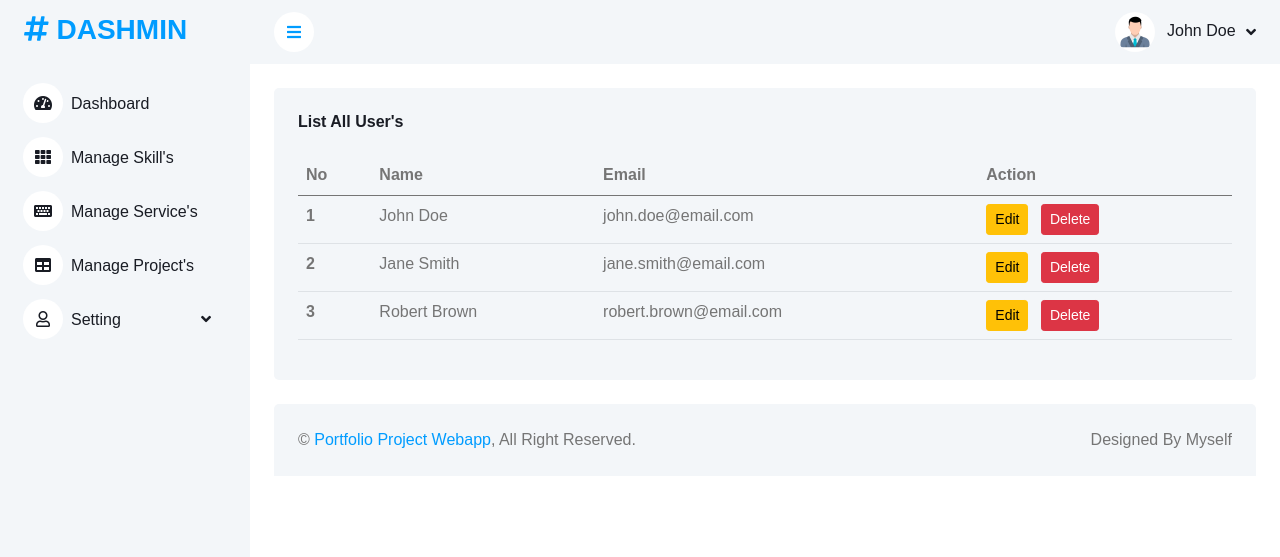
Repository: h4fizm/management-portfolio-project-webapp
Page: http://localhost/manage-user
An editor plug-in stored every save of this project. The page is shown before and after the next save, followed by the edit.
The browser window is 1280 px wide. The pictures show the whole page.
Some web fonts or font styles are not loaded; a fallback is used. Some web libraries are served in a nearby version. The page is served by the project's Laravel application, run on PHP 8.4 with Laravel 12. A made-up administrator, Test User (test@example.com), is signed in.

Above is the page before, as saved 2025-01-15 03:22:35.
Console error: TypeError: Cannot read properties of undefined (reading 'getContext')

After the next save:
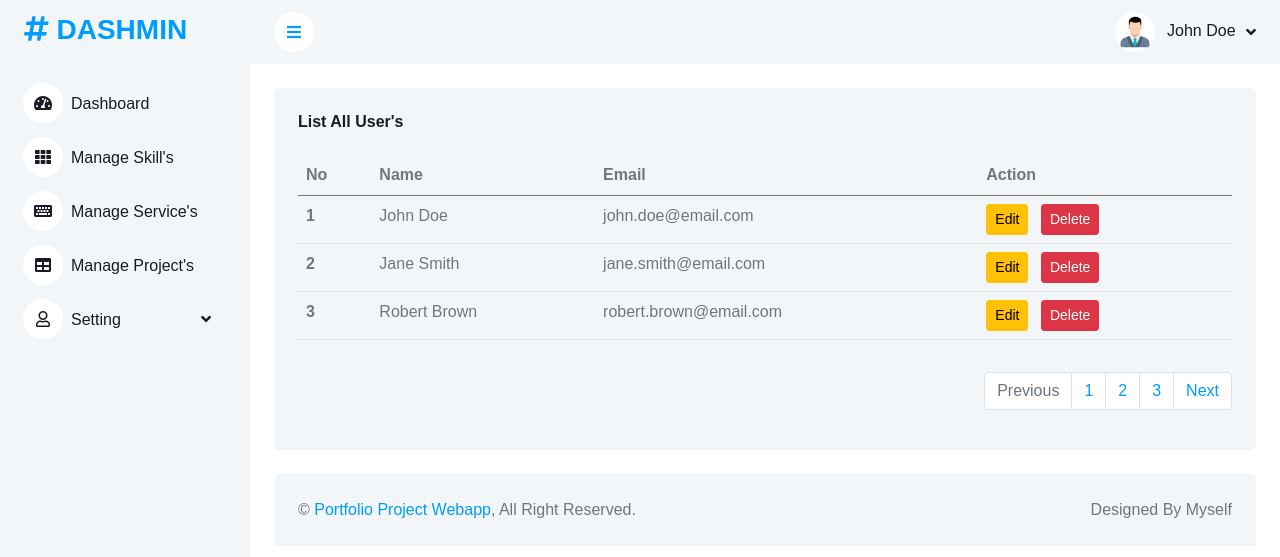
Saved 68 s later.
--- a/resources/views/menu/manage-user.blade.php
+++ b/resources/views/menu/manage-user.blade.php
@@ -49,6 +49,22 @@
                 </tbody>
             </table>
         </div>
+        <!-- Pagination -->
+        <div class="d-flex justify-content-end mt-3">
+            <nav aria-label="Page navigation">
+                <ul class="pagination">
+                    <li class="page-item disabled">
+                        <a class="page-link" href="#" tabindex="-1">Previous</a>
+                    </li>
+                    <li class="page-item"><a class="page-link" href="#">1</a></li>
+                    <li class="page-item"><a class="page-link" href="#">2</a></li>
+                    <li class="page-item"><a class="page-link" href="#">3</a></li>
+                    <li class="page-item">
+                        <a class="page-link" href="#">Next</a>
+                    </li>
+                </ul>
+            </nav>
+        </div>
     </div>
   </div>
 </div>
